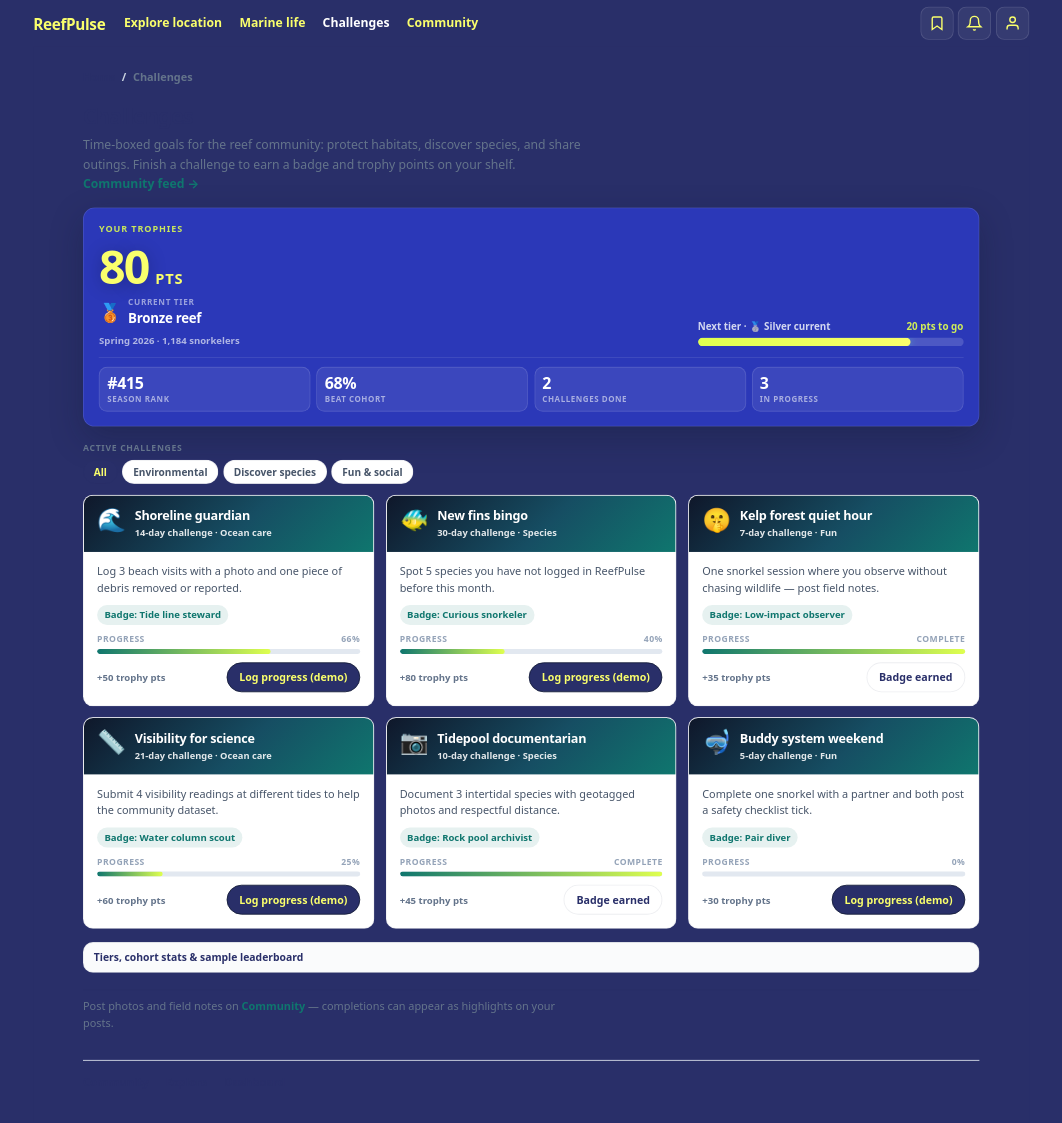
Repository: AayushSalvi/ReefPulse
Page: /challenges (app in frontend/)
An editor plug-in stored every save of this project. The page is shown before and after the next save, followed by the edit.
The browser window is 1280 px wide. The pictures show the whole page, at 83% of full size.
The project was rebuilt for these pictures with package versions that can differ from the ones it lists, and the page was loaded fresh each time. Also part of the build but not shown: frontend/vite.config.js, frontend/src/utils/geo.js, frontend/src/data/mockData.js, frontend/src/features/community/community.css, frontend/src/features/community/CommunityPage.jsx, frontend/src/features/explore/ExploreForecastRedirect.jsx, frontend/src/features/explore/ExploreMapsApiContext.jsx, frontend/src/features/explore/ExploreGoogleMapPanel.jsx and 20 more.

Above is the page before, as saved 2026-04-18 22:58:57.

After the next save:
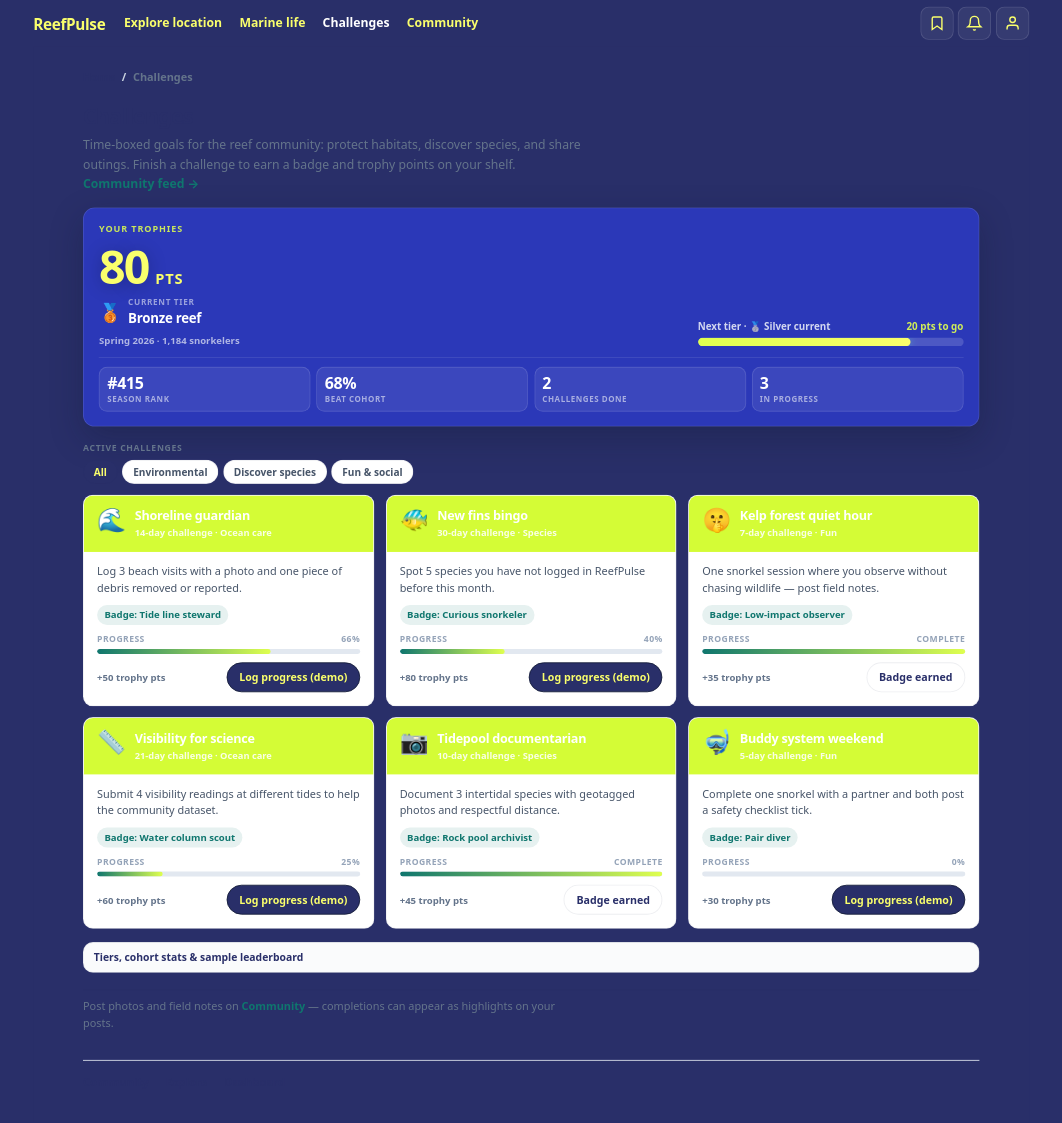
Saved 2 min 8 s later.
--- a/frontend/src/features/challenges/challenges.css
+++ b/frontend/src/features/challenges/challenges.css
@@ -472,7 +472,7 @@
   display: flex;
   align-items: flex-start;
   gap: 0.65rem;
-  background: linear-gradient(135deg, #0f172a 0%, #164e63 55%, #0f766e 100%);
+  background: #d4fc36;
   color: #fff;
 }
 
